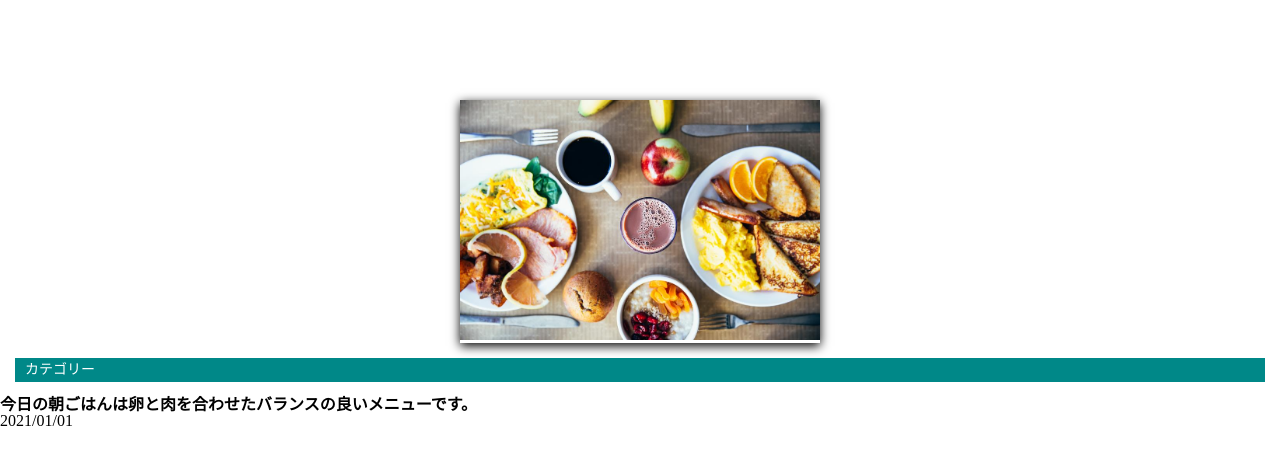
Repository: yosuke257/20231104_watanabe_css
Page: coachtech/html-css/index.html
An editor plug-in stored every save of this project. The page is shown before and after the next save, followed by the edit.
The browser window is 1280 px wide. The pictures show the whole page.

Above is the page before, as saved 2023-10-23 00:18:46.

After the next save:
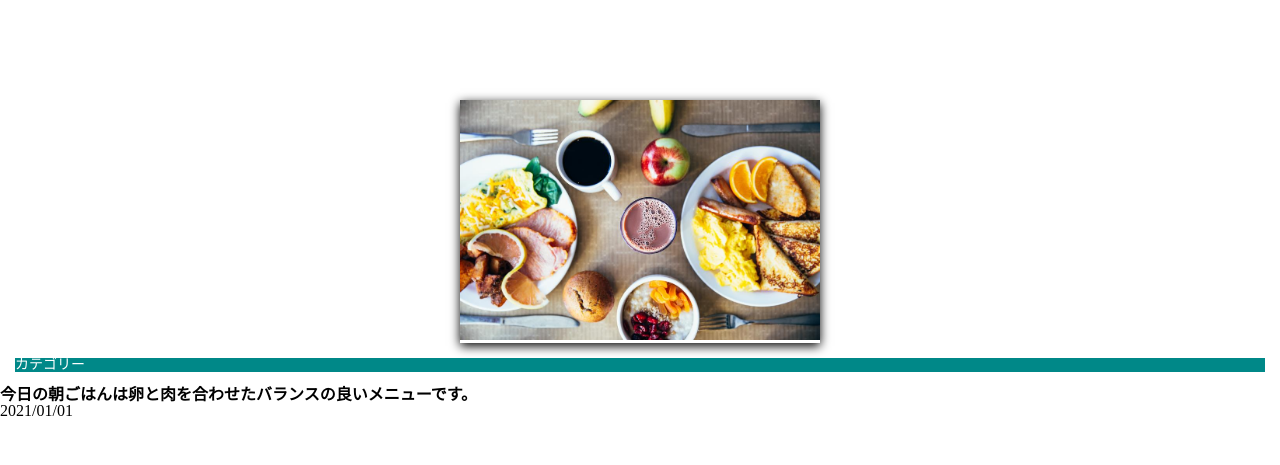
Saved 2 min 49 s later.
--- a/coachtech/html-css/css/style.css
+++ b/coachtech/html-css/css/style.css
@@ -12,7 +12,6 @@
     font-size: 14px;
     background-color: #008888;
     color: #fff;
-    padding: 5px 10px;
     margin: 15px;
 
 }
